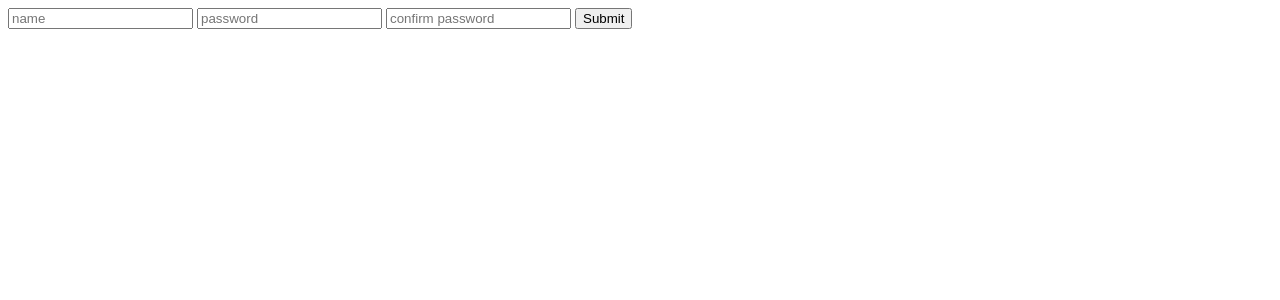
Repository: anujs099/bankingapp
Page: banking-application-final/WebContent/Register.html
These files come from the project's save history. The page is drawn as it stood at one moment and after the next save; the edit follows.
The browser window is 1280 px wide. The pictures show the whole page.

Above is the page before, as saved 2021-03-04 11:29:39.

### banking-application-final/WebContent/Register.html
<!DOCTYPE html>
<html>
<head>
<meta charset="ISO-8859-1">
<title>Insert title here</title>
</head>
<body>
<Form action="registerservlet" method="post">
<input type="text" placeholder="name">
<input type="text" placeholder="password">
<input type="text" placeholder="confirm password">
<input type="submit">
</Form>
</body>
</html>

After the next save:
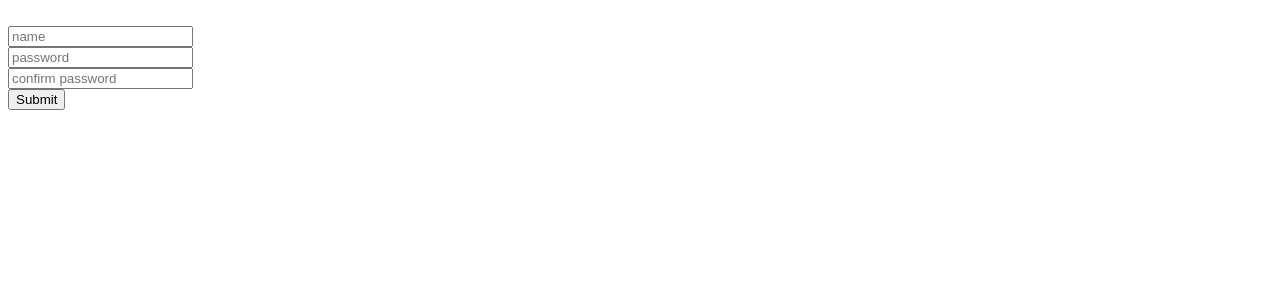
Saved 24 s later.
--- a/banking-application-final/WebContent/Register.html
+++ b/banking-application-final/WebContent/Register.html
@@ -5,10 +5,10 @@
 <title>Insert title here</title>
 </head>
 <body>
-<Form action="registerservlet" method="post">
-<input type="text" placeholder="name">
-<input type="text" placeholder="password">
-<input type="text" placeholder="confirm password">
+<Form action="registerservlet" method="post"><br>
+<input type="text" placeholder="name"><br>
+<input type="text" placeholder="password"><br>
+<input type="text" placeholder="confirm password"><br>
 <input type="submit">
 </Form>
 </body>
